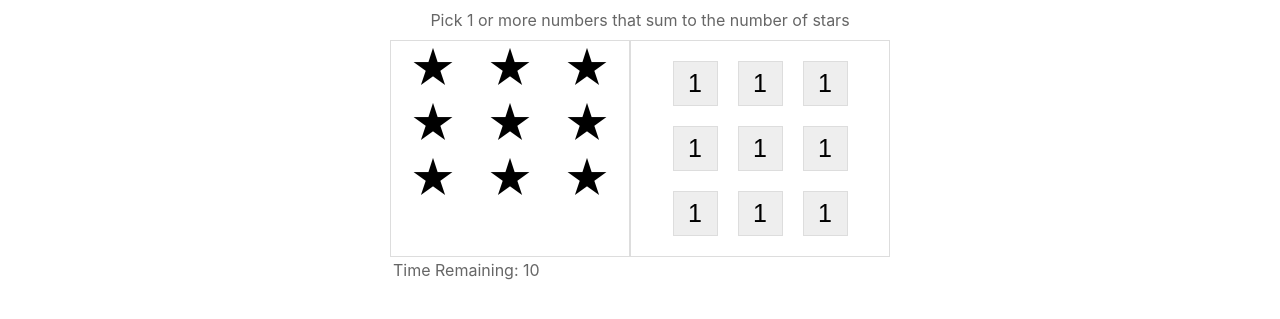
Repository: alicescfernandes/star-match-react-ts
Page: /
These files come from the project's save history. The page is drawn as it stood at one moment and after the next save; the edit follows.
The browser window is 1280 px wide. The pictures show the whole page.
The project was rebuilt for these pictures with package versions that can differ from the ones it lists, and the page was loaded fresh each time.

Above is the page before, as saved 2020-12-21 23:29:58.

After the next save:
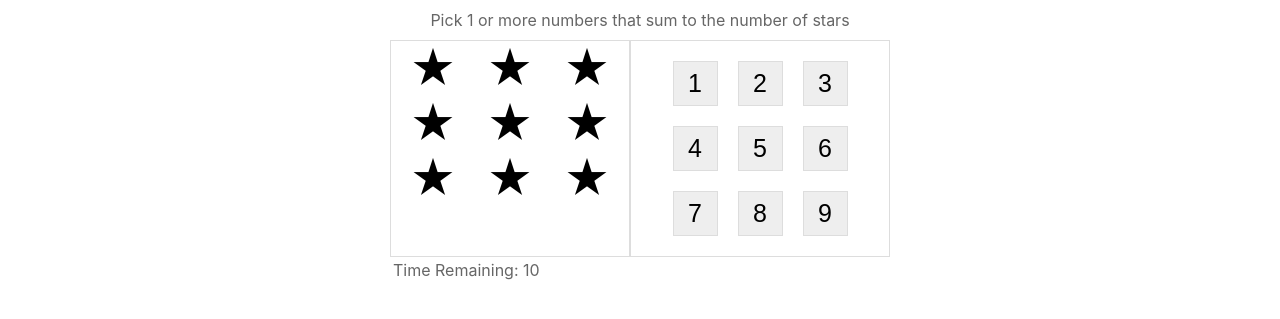
Saved 2 min 32 s later.
--- a/src/App.tsx
+++ b/src/App.tsx
@@ -22,7 +22,7 @@ const App = () => {
           {utils.range(1, 9).map((id) => {
             return (
               <button key={id} className="number">
-                1
+                {id}
               </button>
             );
           })}
